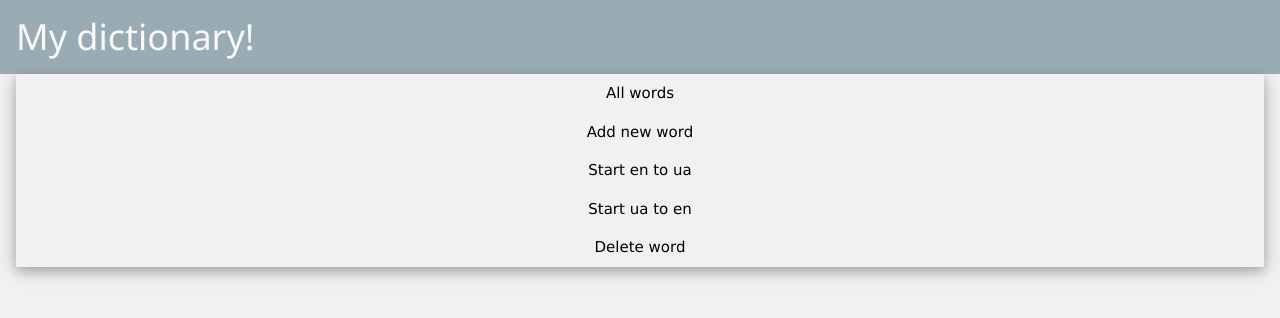
Repository: OleksandrDoskaliukKN313/IIC
Page: WebDictionary/WebContent/index.html
An editor plug-in stored every save of this project. The page is shown before and after the next save, followed by the edit.
The browser window is 1280 px wide. The pictures show the whole page.

Above is the page before, as saved 2020-10-12 10:06:35.

After the next save:
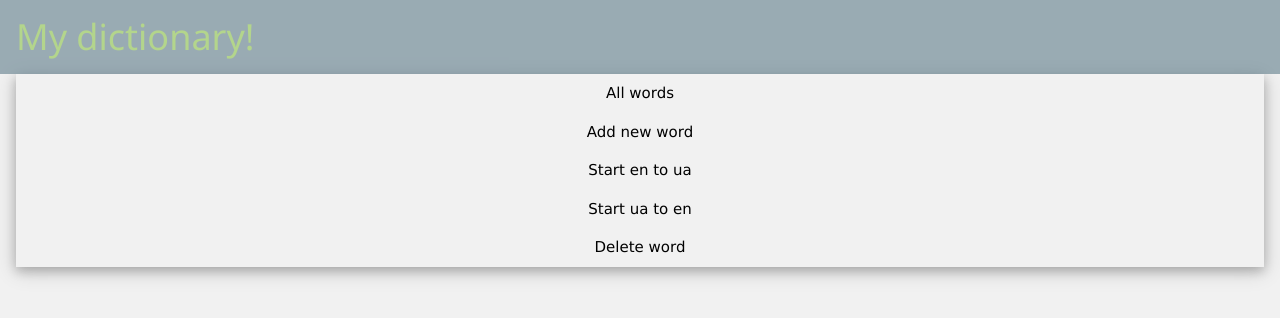
Saved 12 s later.
--- a/WebDictionary/WebContent/index.html
+++ b/WebDictionary/WebContent/index.html
@@ -6,7 +6,7 @@
 <link rel="stylesheet" href="w3.css">
 </head>
 <body class="w3-light-grey">
-<div class="w3-container w3-blue-grey w3-opacity w3-left-align w3-border-light-green">
+<div class="w3-container w3-blue-grey w3-opacity w3-left-align w3-text-light-green">
         <h1>My dictionary!</h1>
     </div>
     <div class="w3-container w3-center">       <!-- content -->
